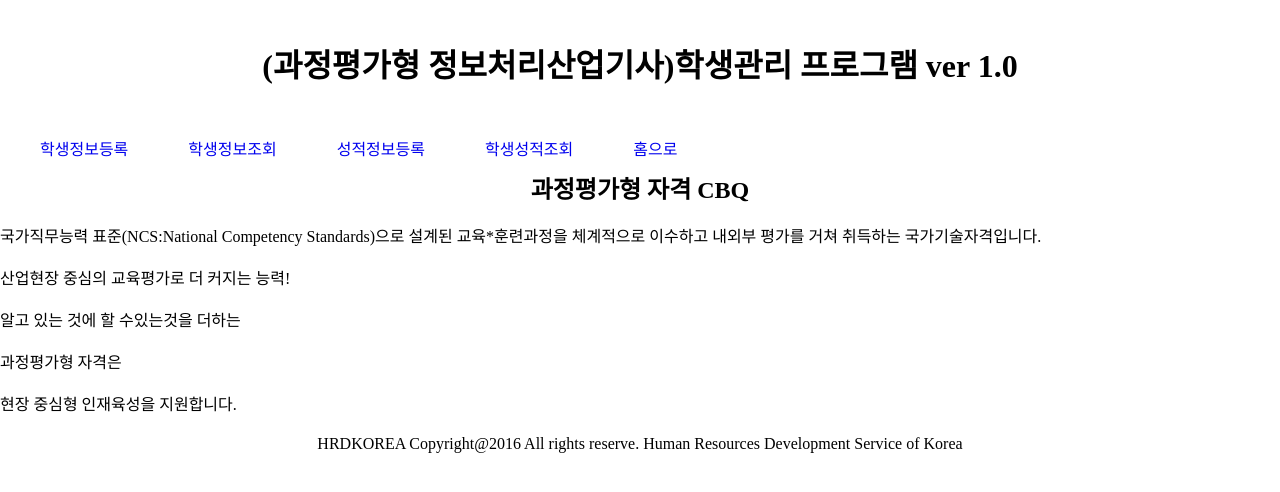
Repository: SeolhwaPark/JSL40_HRDKOREA
Page: http://localhost/HRD_0428_02/
These files come from the project's save history. The page is drawn as it stood at one moment and after the next save; the edit follows.
The browser window is 1280 px wide. The pictures show the whole page.
The page is served by Tomcat 9.

Above is the page before, as saved 2020-04-29 03:04:32.

After the next save:
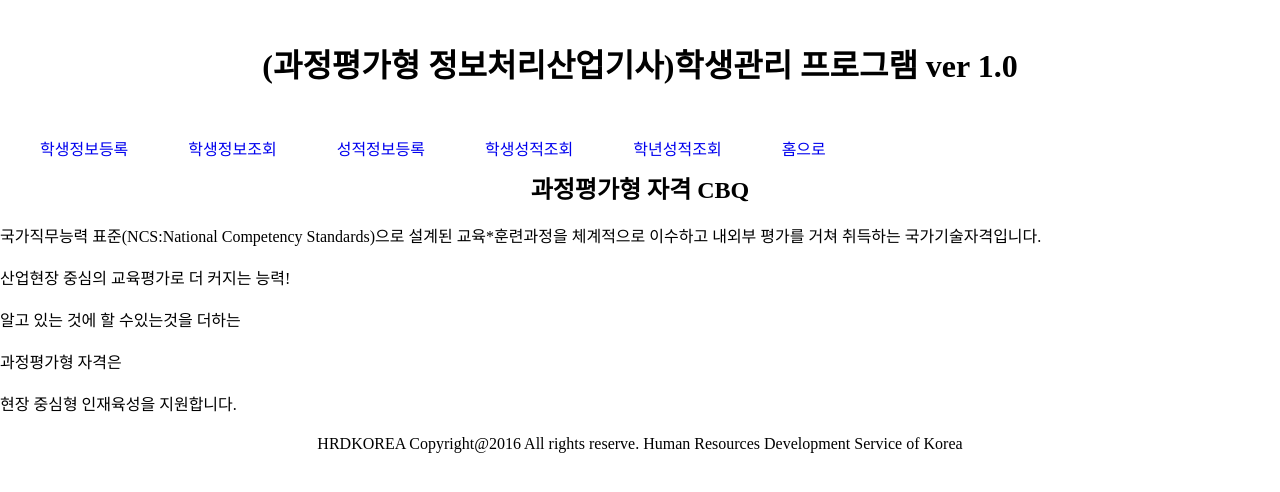
Saved 21 min 32 s later.
--- a/HRD_0428_02/WebContent/index.jsp
+++ b/HRD_0428_02/WebContent/index.jsp
@@ -47,6 +47,7 @@ function name() {
 				<li><a href="list.jsp">학생정보조회</a></li>
 				<li><a href="input.jsp">성적정보등록</a></li>
 				<li><a href="view.jsp">학생성적조회</a></li>
+				<li><a href="view2.jsp">학년성적조회</a></li>
 				<li><a href="index.jsp">홈으로</a></li>
 			</ul>
 		</nav>
